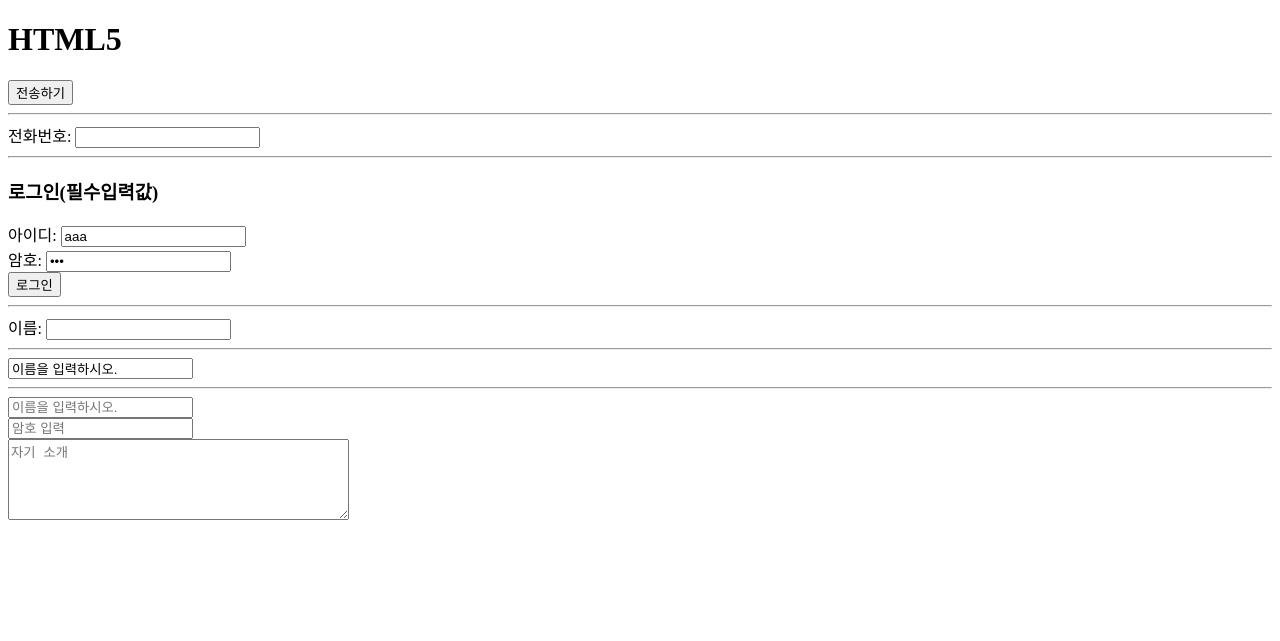
Repository: chanjin5212/Full-Stack-study
Page: client/ClientTest/src/main/webapp/html/ex19.html
These files come from the project's save history. The page is drawn as it stood at one moment and after the next save; the edit follows.
The browser window is 1280 px wide. The pictures show the whole page.

Above is the page before, as saved 2022-05-25 03:09:38.

After the next save:
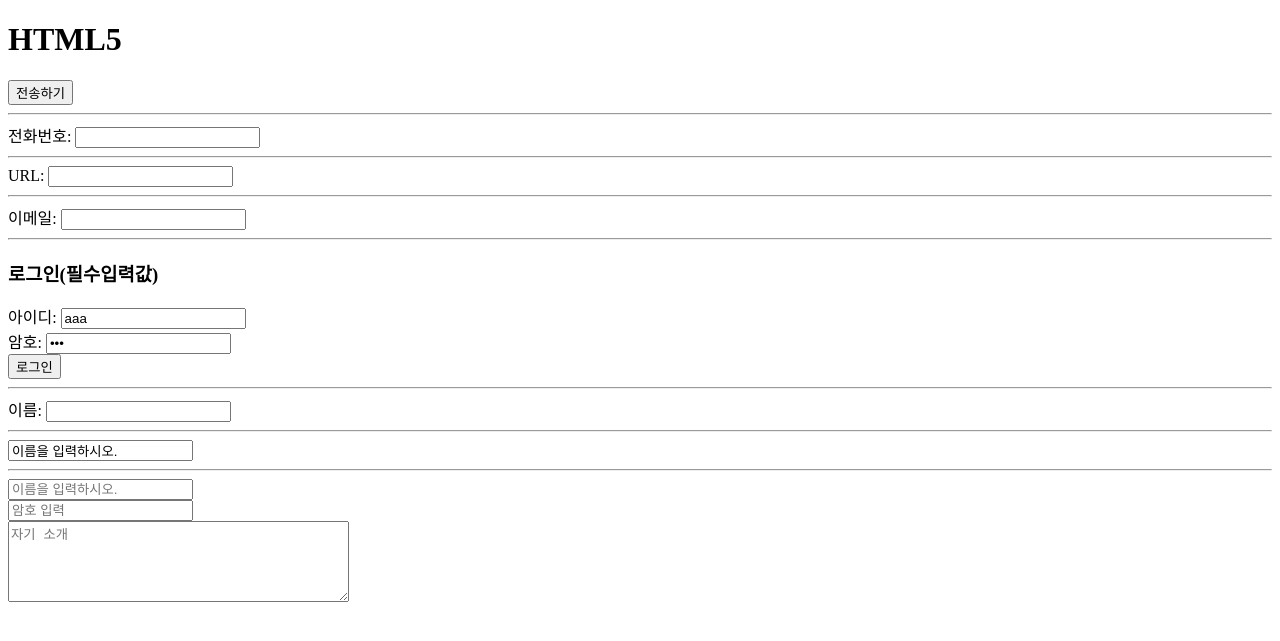
Saved 22 s later.
--- a/client/ClientTest/src/main/webapp/html/ex19.html
+++ b/client/ClientTest/src/main/webapp/html/ex19.html
@@ -14,6 +14,14 @@
 		<hr>
 
 		전화번호: <input type="tel">
+
+		<hr>
+
+		URL: <input type="url">
+
+		<hr>
+
+		이메일: <input type="email">
 
 		<hr>
 
